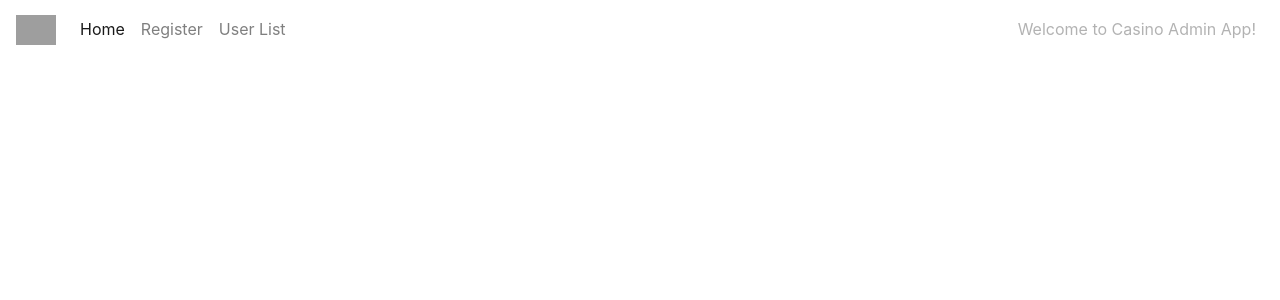
Repository: piyushrulesyou/CasinoGameApplication
Page: http://localhost/adminPanel/
An editor plug-in stored every save of this project. The page is shown before and after the next save, followed by the edit.
The browser window is 1280 px wide. The pictures show the whole page.
Pictures or frames that could not be fetched are drawn as grey boxes. The page is served by Tomcat 9. Nobody is signed in. The application's start-up code is not run. Other server files are loaded and not shown.

Above is the page before, as saved 2019-10-31 11:18:32.

### AdminPanel/adminPanel/src/main/webapp/index.jsp
<%@ taglib uri="http://java.sun.com/jsp/jstl/core" prefix="c"%>

<%@ page language="java" contentType="text/html; charset=ISO-8859-1"
	pageEncoding="ISO-8859-1" isELIgnored="false"%>

<!DOCTYPE html>
<html>
<head>
<title>Admin HomePage</title>
<meta charset="utf-8">

<meta name="viewport" content="width=device-width, initial-scale=1">


<link rel="stylesheet"
	href="https://maxcdn.bootstrapcdn.com/bootstrap/4.3.1/css/bootstrap.min.css">
<script
	src="https://ajax.googleapis.com/ajax/libs/jquery/3.4.1/jquery.min.js"></script>
<script
	src="https://cdnjs.cloudflare.com/ajax/libs/popper.js/1.14.7/umd/popper.min.js"></script>
<script
	src="https://maxcdn.bootstrapcdn.com/bootstrap/4.3.1/js/bootstrap.min.js"></script>
</head>
<body>
	<!-- 	background="https://images.fineartamerica.com/images/artworkimages/mediumlarge/2/collection-of-las-vegas-casino-chips-1-aloha-art.jpg"> -->


	<c:if test="${statusMessage}">
		<div class="alert alert-success">
			<strong>Success!</strong> Customer with ID
			${successMessageRegistration} Registered Successfully!!
		</div>
	</c:if>


	<!-- 	<nav class="navbar navbar-expand-sm bg-dark navbar-dark"> -->
	<nav class="navbar navbar-expand-sm navbar-light bg-faded">
		<a class="navbar-brand" href="#"> <img
			src="https://www.slotnite.com/images/sliders/livecasino/casino1.png"
			alt="logo" style="width: 40px;">
		</a>

		<!-- Links -->
		<ul class="navbar-nav mr-auto">
			<li class="nav-item"><a class="nav-link active" href="#">Home</a></li>
			<li class="nav-item"><a class="nav-link" href="RegisterUser.jsp">Register</a></li>
			<li class="nav-item"><a class="nav-link" href="#">User List</a></li>
		</ul>
		<ul class="navbar-nav">
			<li class="nav-item"><span class="nav-link disabled">Welcome
					to Casino Admin App!</span></li>
		</ul>
	</nav>



</body>
</html>

After the next save:
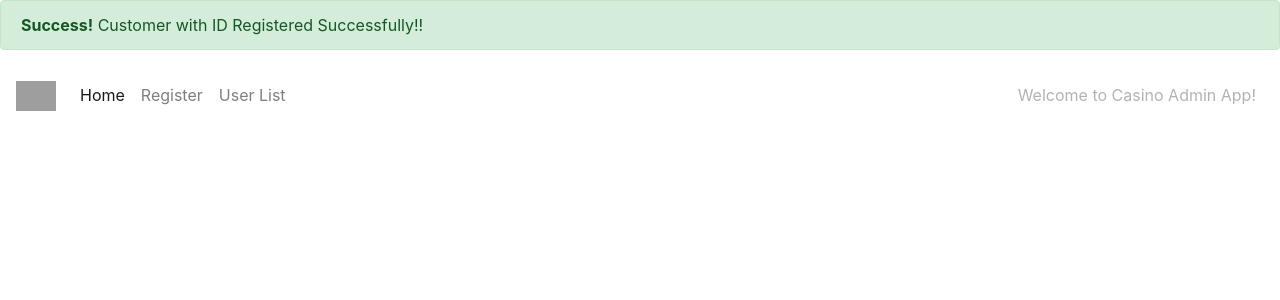
Saved 21 s later.
--- a/AdminPanel/adminPanel/src/main/webapp/index.jsp
+++ b/AdminPanel/adminPanel/src/main/webapp/index.jsp
@@ -32,6 +32,13 @@
 		</div>
 	</c:if>
 
+	<c:if test="${!statusMessage}">
+		<div class="alert alert-success">
+			<strong>Success!</strong> Customer with ID
+			${successMessageRegistration} Registered Successfully!!
+		</div>
+	</c:if>
+
 
 	<!-- 	<nav class="navbar navbar-expand-sm bg-dark navbar-dark"> -->
 	<nav class="navbar navbar-expand-sm navbar-light bg-faded">
